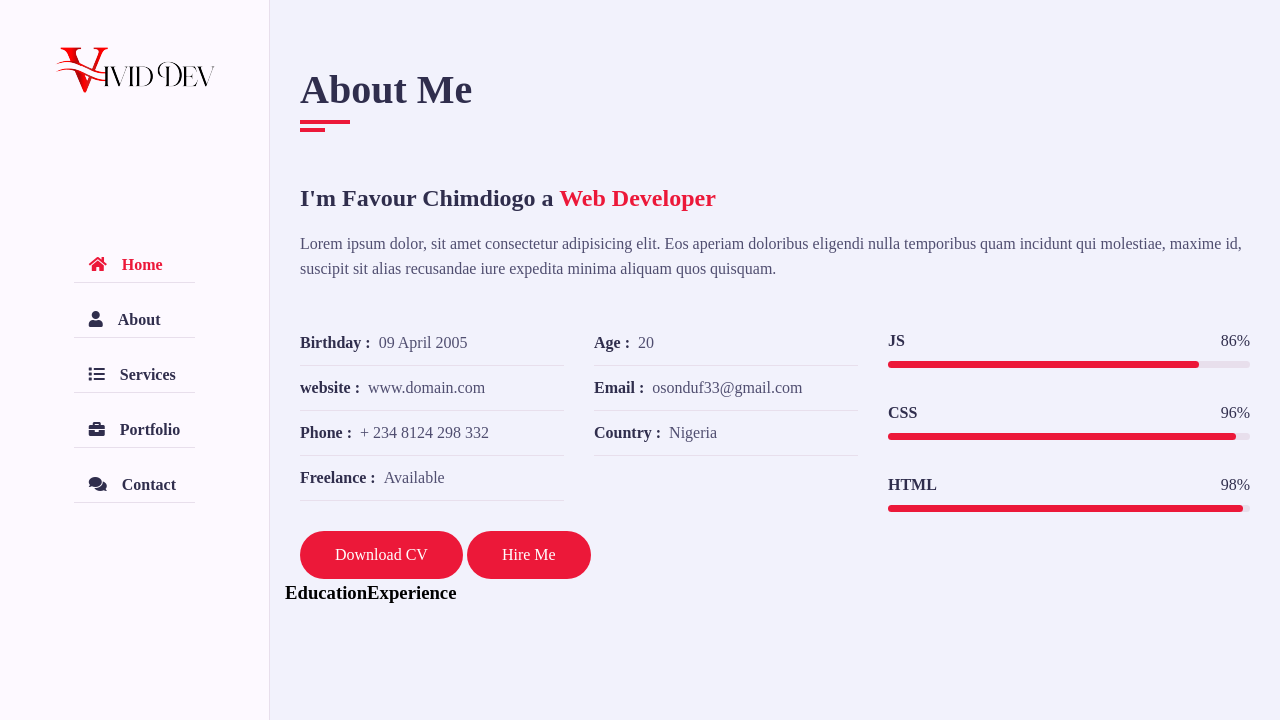
Repository: Big-Fave1/vivid-dev-portfolio
Page: build/index.html
The author's editor kept a copy of each file at every save. The page is drawn from the files as they stood at one save, then again after the next save.
The browser window is 1280 px wide. The pictures show the whole page.
Some web fonts or font styles are not loaded; a fallback is used.

Above is the page before, as saved 2025-05-30 14:41:21.

After the next save:
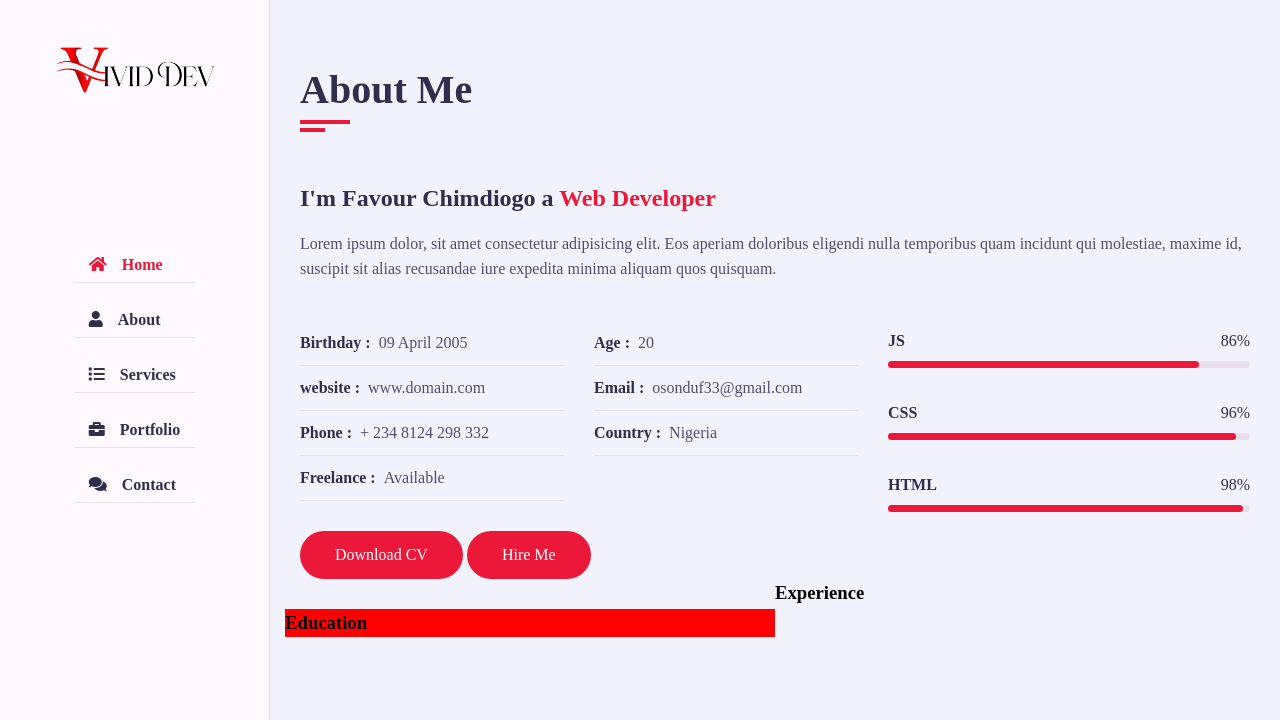
Saved 2 min 54 s later.
--- a/build/css/style.css
+++ b/build/css/style.css
@@ -417,3 +417,15 @@ h3.my-profession
     font-weight: 400;
     line-height: 40px;
 }
+.about .about-content .education,
+.about .about-content .Experience
+{
+    flex: 0 0 50%;
+    max-width: 50%;
+    margin-top: 30px;
+    background-color: red;
+}
+.about .about-content .Experience
+{
+    background-color: rosybrown;
+}
